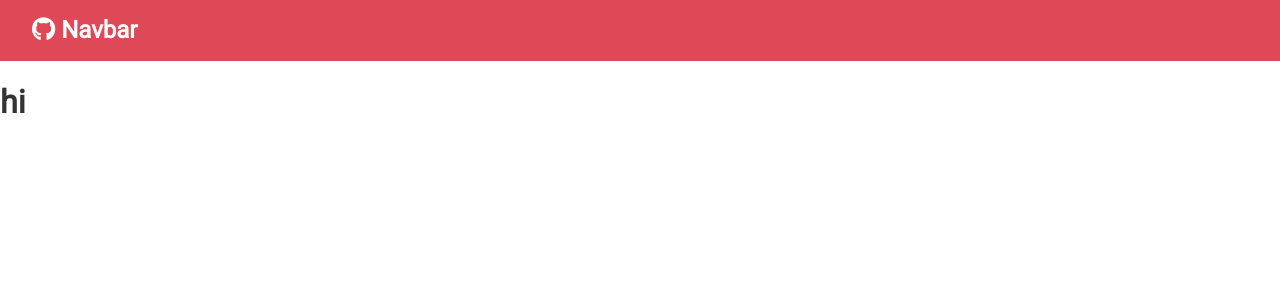
Repository: chonax/github-finder
Page: /
An editor plug-in stored every save of this project. The page is shown before and after the next save, followed by the edit.
The browser window is 1280 px wide. The pictures show the whole page.
Some web libraries are served in a nearby version. The project was rebuilt for these pictures with package versions that can differ from the ones it lists, and the page was loaded fresh each time.

Above is the page before, as saved 2021-08-22 20:24:45.

After the next save:
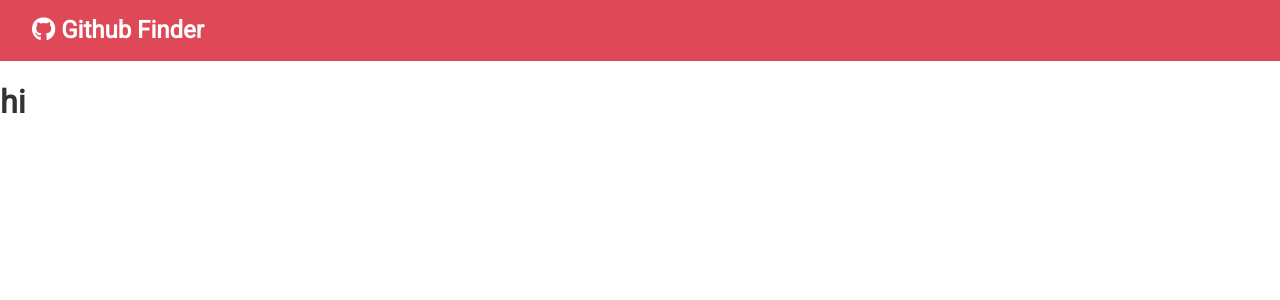
Saved 20 s later.
--- a/src/components/layout/Navbar.js
+++ b/src/components/layout/Navbar.js
@@ -1,11 +1,13 @@
 import React, { Component } from 'react'
 
 export class Navbar extends Component {
+
+
   render() {
     return (
       <nav className="navbar bg-primary">
         <h1>
-          <i className="fab fa-github" /> Navbar
+          <i className="fab fa-github" /> {this.props.title}
         </h1>
       </nav>
     )
